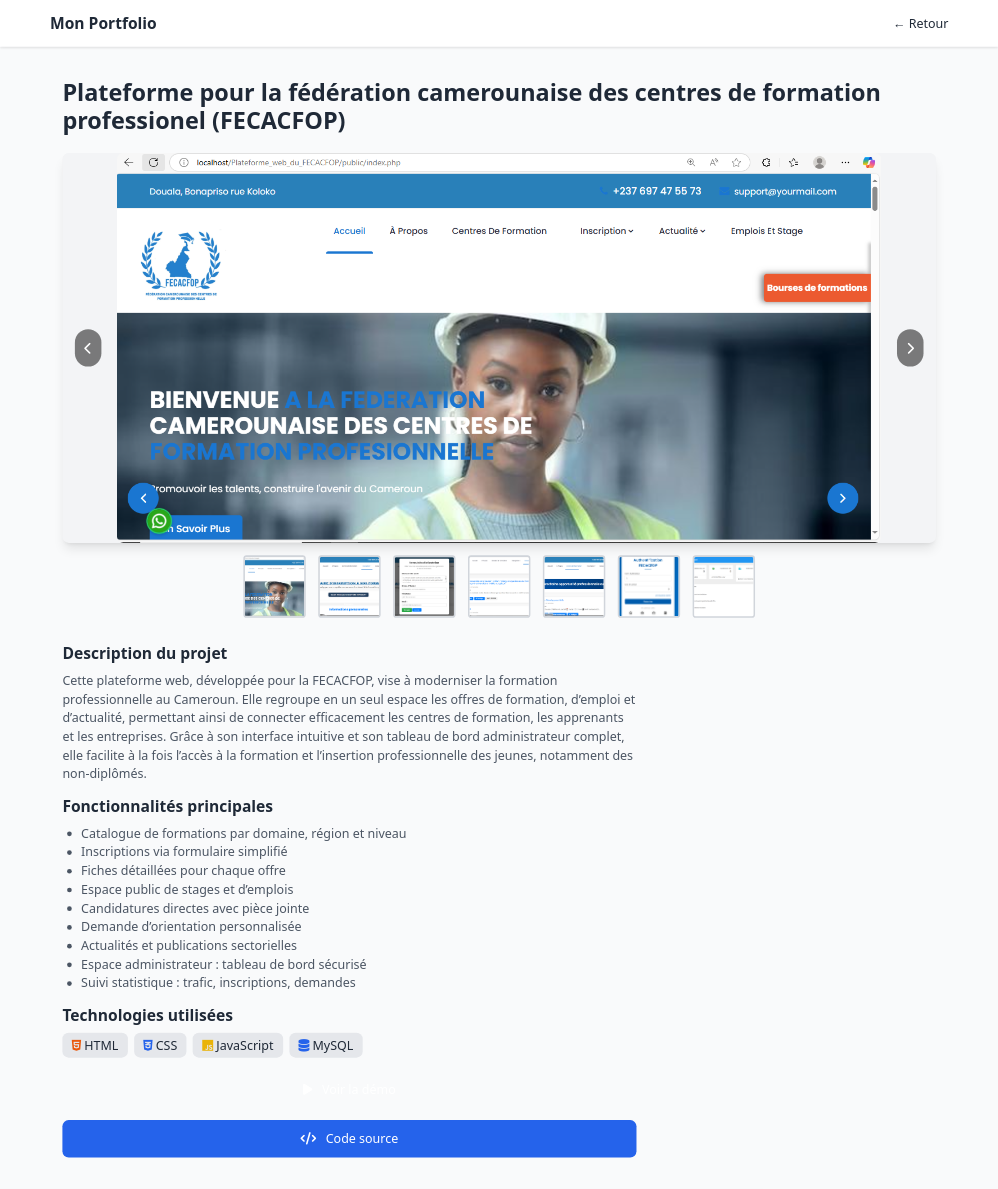
Repository: Edongo999/landry-portfolio
Page: projet-plateforme-web-FECACFOP.html
The author's editor kept a copy of each file at every save. The page is drawn from the files as they stood at one save, then again after the next save.
The browser window is 1280 px wide. The pictures show the whole page, at 78% of full size.
Some web libraries are served in a nearby version.

Above is the page before, as saved 2025-09-14 01:44:36.

After the next save:
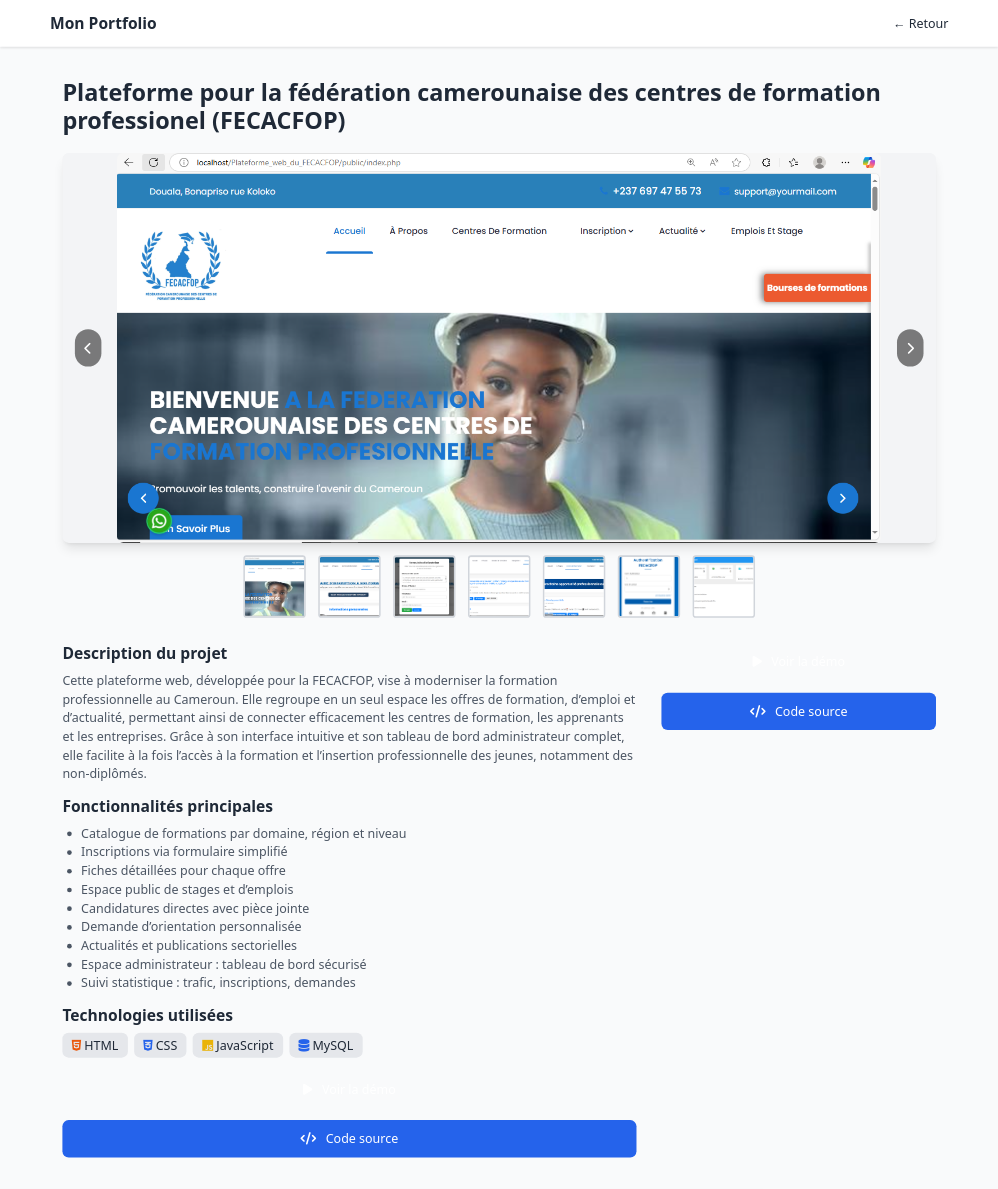
Saved 4 min 26 s later.
--- a/projet-plateforme-web-FECACFOP.html
+++ b/projet-plateforme-web-FECACFOP.html
@@ -85,6 +85,16 @@
       </div>
 
 
+
+            <div class="space-y-4">
+        <a href="projet-gestion-stagiaires.html" class="block w-full bg-primary-600 text-white py-3 rounded-lg text-center hover:bg-primary-700">
+          <i class="fas fa-play mr-2"></i> Voir la démo
+        </a>
+        <a href="https://github.com/toncompte/nom-du-projet" target="_blank" class="block w-full bg-blue-600 text-white py-3 rounded-lg text-center hover:bg-blue-700">
+          <i class="fas fa-code mr-2"></i> Code source
+        </a>
+      </div>
+    </div>
       <!-- Boutons -->
       <div class="space-y-4">
         <a href="projet-gestion-stagiaires.html" class="block w-full bg-primary-600 text-white py-3 rounded-lg text-center hover:bg-primary-700">

After the save that followed:
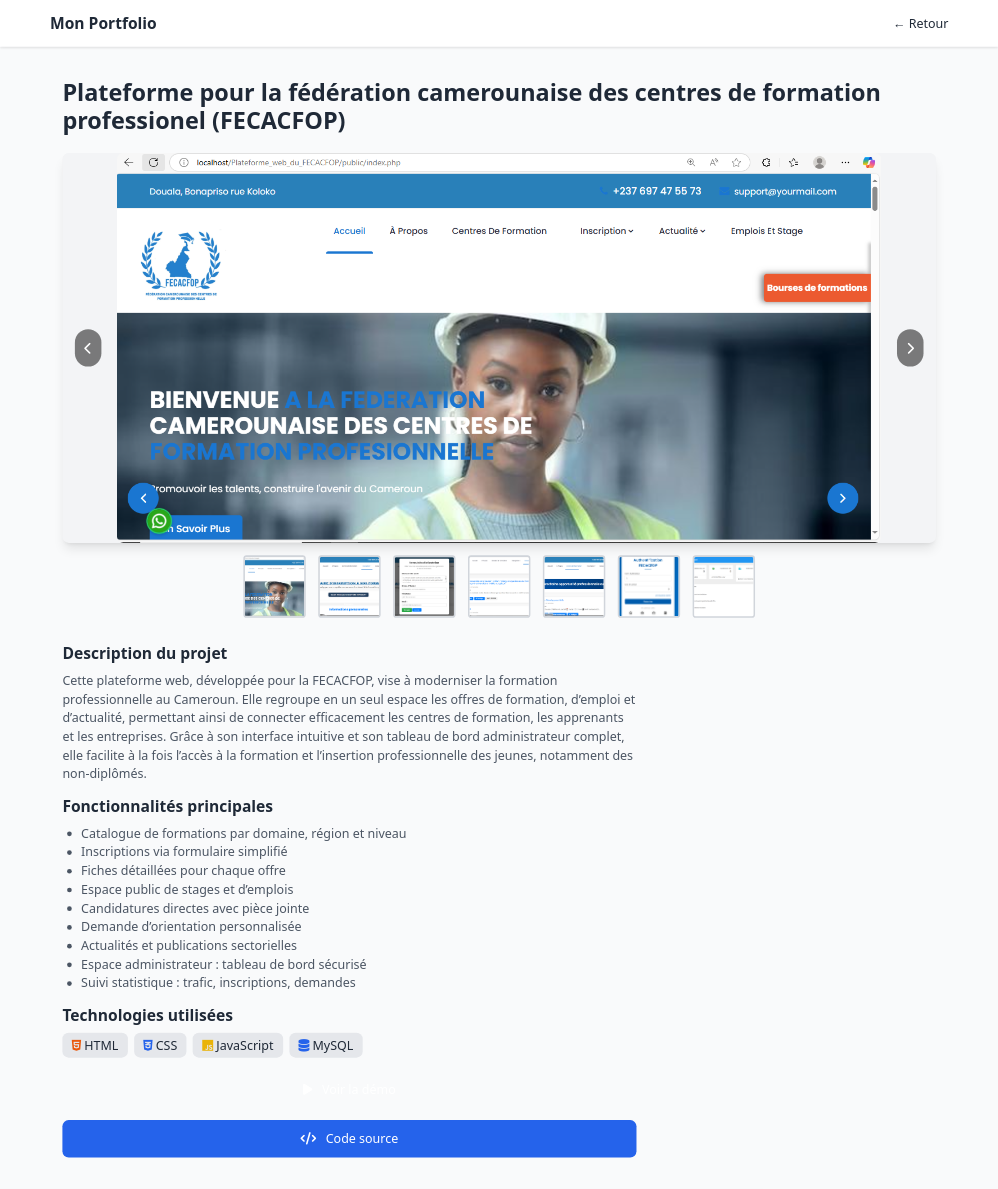
Saved 34 s later.
--- a/projet-plateforme-web-FECACFOP.html
+++ b/projet-plateforme-web-FECACFOP.html
@@ -95,16 +95,7 @@
         </a>
       </div>
     </div>
-      <!-- Boutons -->
-      <div class="space-y-4">
-        <a href="projet-gestion-stagiaires.html" class="block w-full bg-primary-600 text-white py-3 rounded-lg text-center hover:bg-primary-700">
-          <i class="fas fa-play mr-2"></i> Voir la démo
-        </a>
-        <a href="https://github.com/toncompte/nom-du-projet" target="_blank" class="block w-full bg-blue-600 text-white py-3 rounded-lg text-center hover:bg-blue-700">
-          <i class="fas fa-code mr-2"></i> Code source
-        </a>
-      </div>
-    </div>
+
   </section>
 
 <script>
